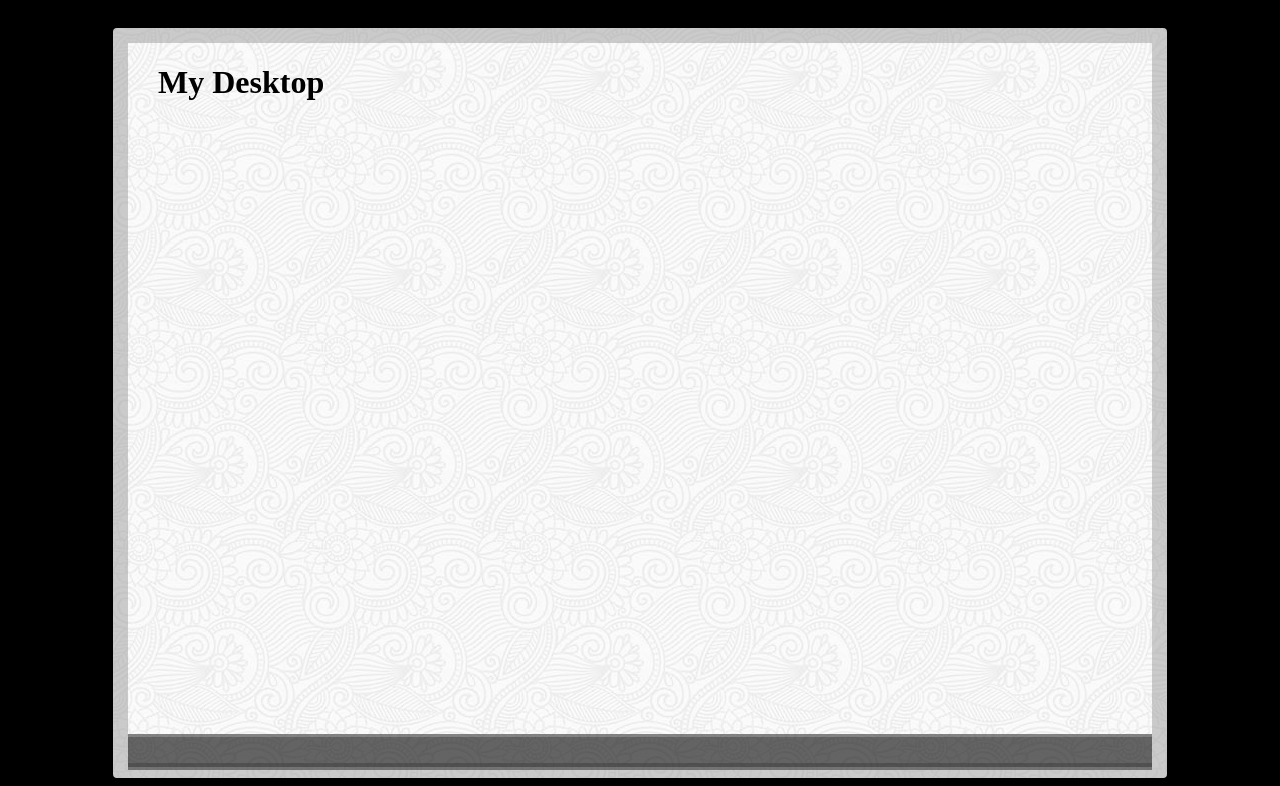
Repository: lw222gu/1dv403-laborationer
Page: 5-pwd/index.html
The author's editor kept a record of every edit. The page is drawn from the files as they stood at one moment, then again after the next edit.
The browser window is 1280 px wide. The pictures show the whole page.
Some web fonts or font styles are not loaded; a fallback is used.

Above is the page before.

After the next edit:
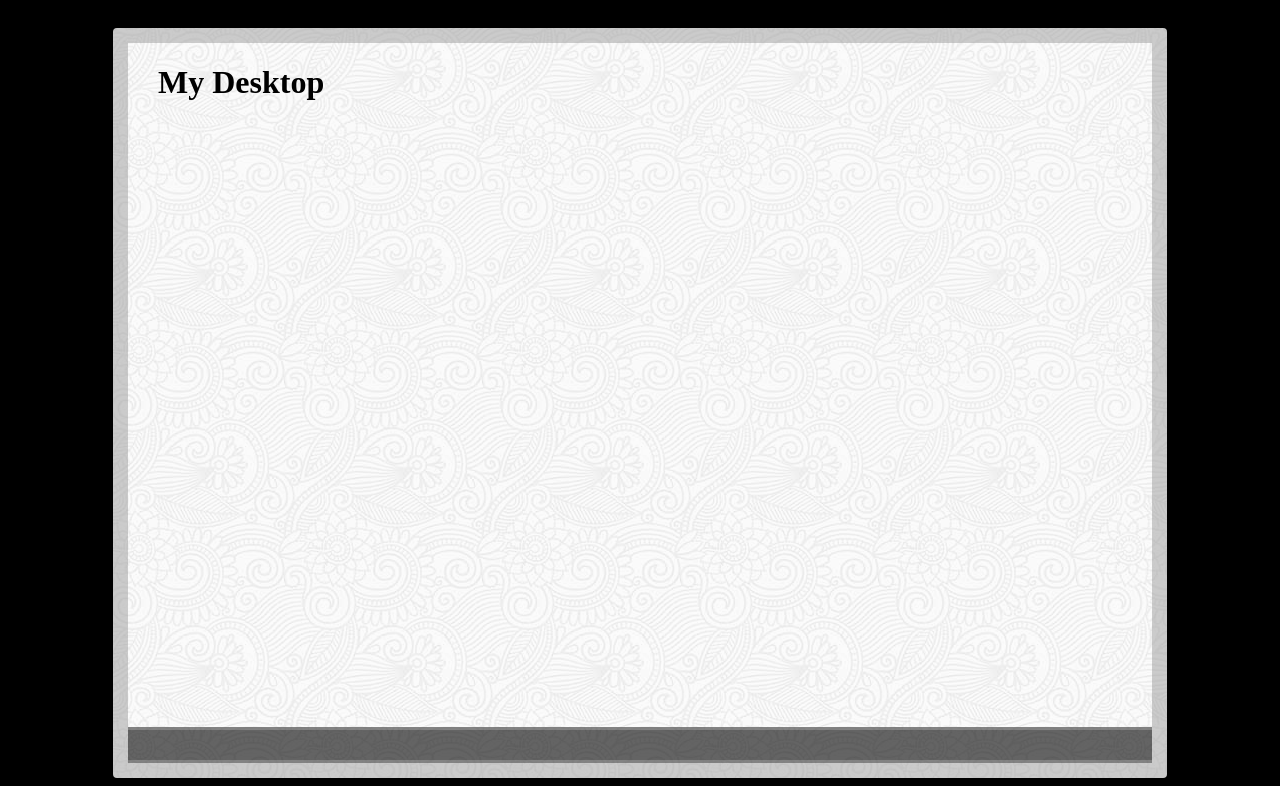
The edit:
--- a/5-pwd/css/style.css
+++ b/5-pwd/css/style.css
@@ -31,7 +31,7 @@
     height:30px;
     background-color:rgba(0, 0, 0, 0.6);
     position:absolute;
-    top:734px;
+    top:727px;
     border-width: 3px;
     border-color:rgba(255, 255, 255, 0.2);
     border-style:solid;
